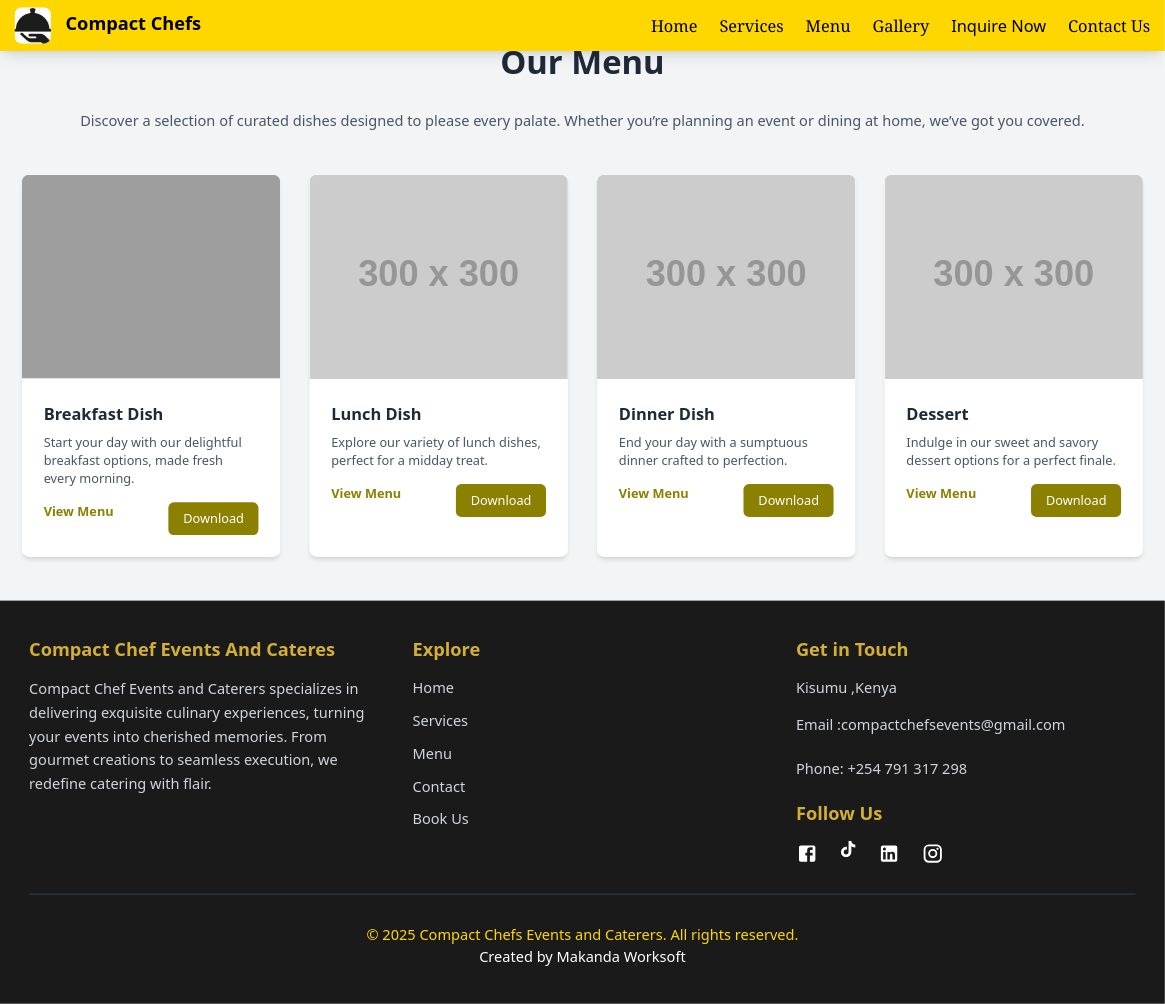
Repository: makanda596/compactchef
Page: /menu
An editor plug-in stored every save of this project. The page is shown before and after a run of saves, followed by the edit.
The browser window is 1280 px wide. The pictures show the whole page, at 91% of full size.
Pictures or frames that could not be fetched are drawn as grey boxes. The project was rebuilt for these pictures with package versions that can differ from the ones it lists, and the page was loaded fresh each time. Also part of the build but not shown: src/components/Hero.jsx, src/components/Client.jsx, src/components/Reviews.jsx, src/components/About.jsx, src/pages/Home.jsx, src/pages/Services.jsx, src/pages/Contact.jsx, src/pages/Book.jsx and 2 more.

Above is the page before, as saved 2025-01-22 09:08:51.

After the next 2 saves:
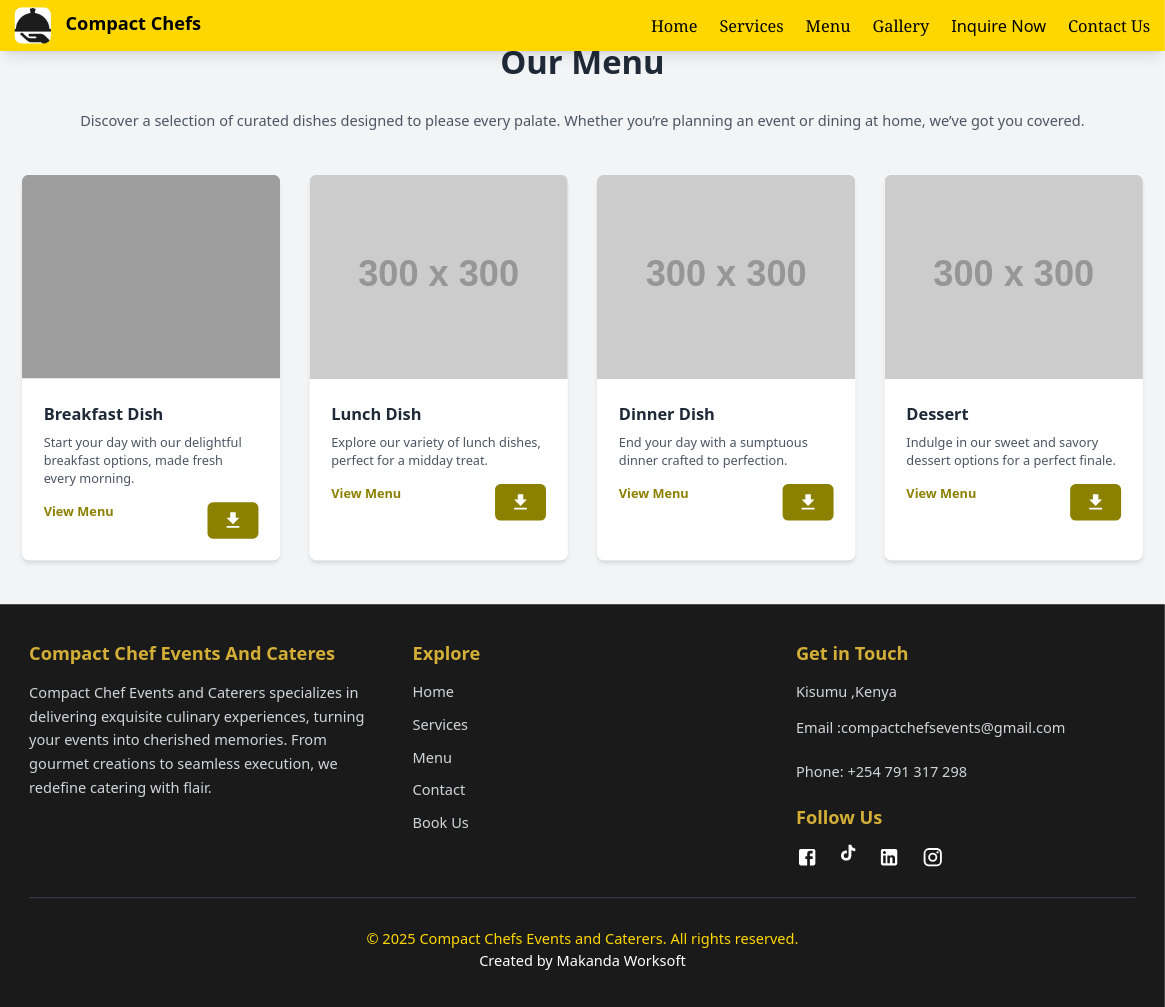
The 2 saves are shown as one change because 1 did not build or start.
The last was saved 11 min 47 s later.
--- a/src/pages/Menu.jsx
+++ b/src/pages/Menu.jsx
@@ -1,4 +1,5 @@
 import React from 'react';
+import DownloadIcon from '@mui/icons-material/Download';
 
 function Menu() {
     const menuItems = [
@@ -70,7 +71,7 @@ function Menu() {
                                         download
                                         className="bg-[#8b8000] text-white py-2 px-4 rounded-md text-sm hover:bg-[#a08d00] transition"
                                     >
-                                        Download
+                                        <DownloadIcon />
                                     </a>
                                 </div>
                             </div>
@@ -78,7 +79,7 @@ function Menu() {
                     ))}
                 </div>
             </div>
-        </div>
+        </div >
     );
 }
 
